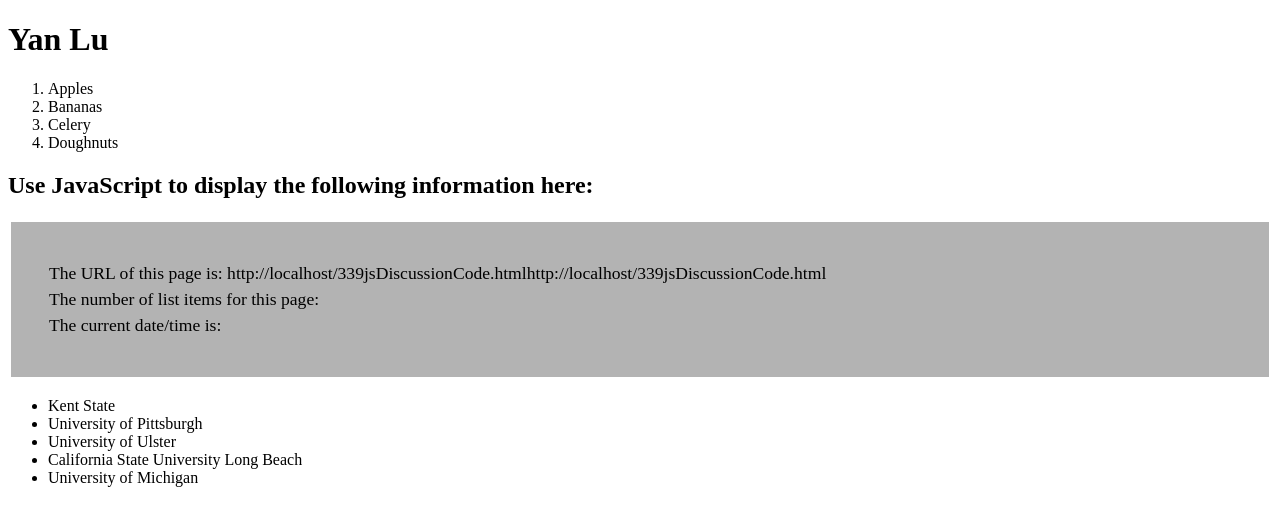
Repository: lulyany/discussionwk10
Page: 339jsDiscussionCode.html
These files come from the project's save history. The page is drawn as it stood at one moment and after the next save; the edit follows.
The browser window is 1280 px wide. The pictures show the whole page.

Above is the page before, as saved 2023-11-01 20:31:37.

### 339jsDiscussionCode.html
<!DOCTYPE html>
<html lang="en">
<head>
	<meta charset="UTF-8">
	<title>JavaScript Discussion</title>
	<style>
		p{
			background-color: #b3b3b3;
			border: 3px solid #FFFFFF;
			padding: 3%;
			font-size: 1.1em;
			line-height: 1.5;
		}
	</style>

	<script type="text/javascript">
	function displayInformation () {
		// Your code goes here.
		// Do not change any other code in this file
		// All of the steps below must be achieved using JavaScript!


		// 1. Change the h1 element to your name.

		document.querySelector("h1").textContent = "Yan Lu";


		// 2. Update the three span elements using ONLY JavaScript

		document.getElementById("URL").textContent += window.location.href;

		document.getElementById("URL").textContent += window.location.href;


		// 3. Change the background color and margin for the entire page.



    }

    // 4. If someone uses the keyboard shortcut to copy the words "University of Michigan" then add the words "Go Blue" to the final div.
    // Each occurence should be on a separate line.  Don't use
    // paragraphs.

</script>

</head>
<body onload="displayInformation()">
	<h1>Your name goes here</h1>

	<ol>
		<li>Apples</li>
		<li>Bananas</li>
		<li>Celery</li>
		<li>Doughnuts</li>
	</ol>
	<h2>Use JavaScript to display the following information here:</h2>
	<p>
		The URL of this page is: <span id = "URL"></span><br/>
		The number of list items for this page: <span id = "items"></span><br/>
		The current date/time is: <span id = "time"></span><br/>
	</p>
	<ul>
		<li>Kent State</li>
		<li>University of Pittsburgh</li>
		<li>University of Ulster</li>
		<li>California State University Long Beach</li>
		<li oncopy="copyFunction()">University of Michigan</li>
	</ul>
	<div id="cheer">

	</div>

</body>
</html>

After the next save:
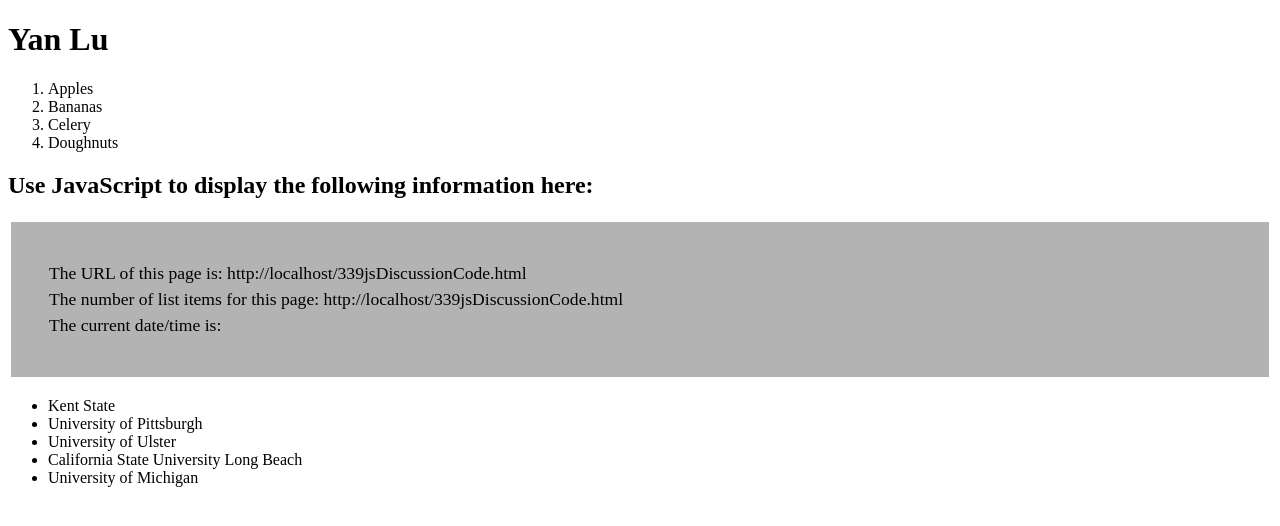
Saved 8 s later.
--- a/339jsDiscussionCode.html
+++ b/339jsDiscussionCode.html
@@ -29,7 +29,7 @@
 
 		document.getElementById("URL").textContent += window.location.href;
 
-		document.getElementById("URL").textContent += window.location.href;
+		document.getElementById("items").textContent += window.location.href;
 
 
 		// 3. Change the background color and margin for the entire page.
